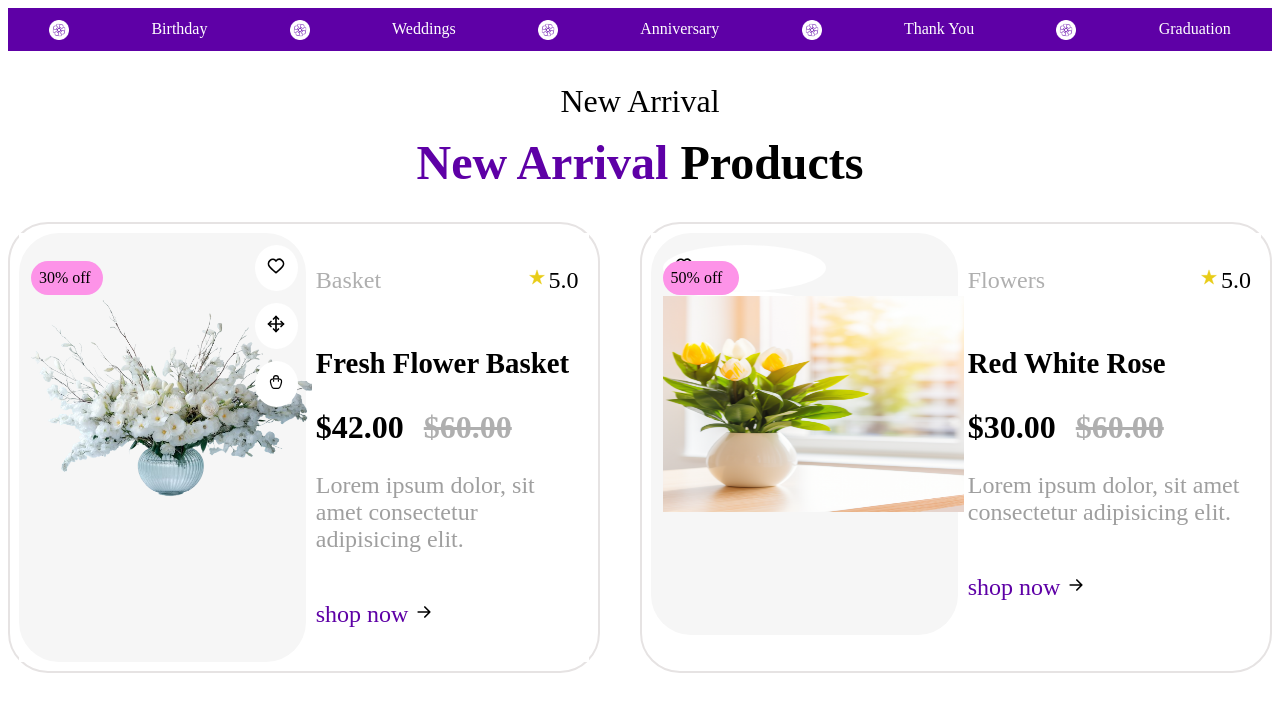
Repository: KolawoleTemilade/classroom-learning
Page: newarrival/index.html
The author's editor kept a copy of each file at every save. The page is drawn from the files as they stood at one save, then again after the next save.
The browser window is 1280 px wide. The pictures show the whole page.

Above is the page before, as saved 2025-10-02 00:52:55.

After the next save:
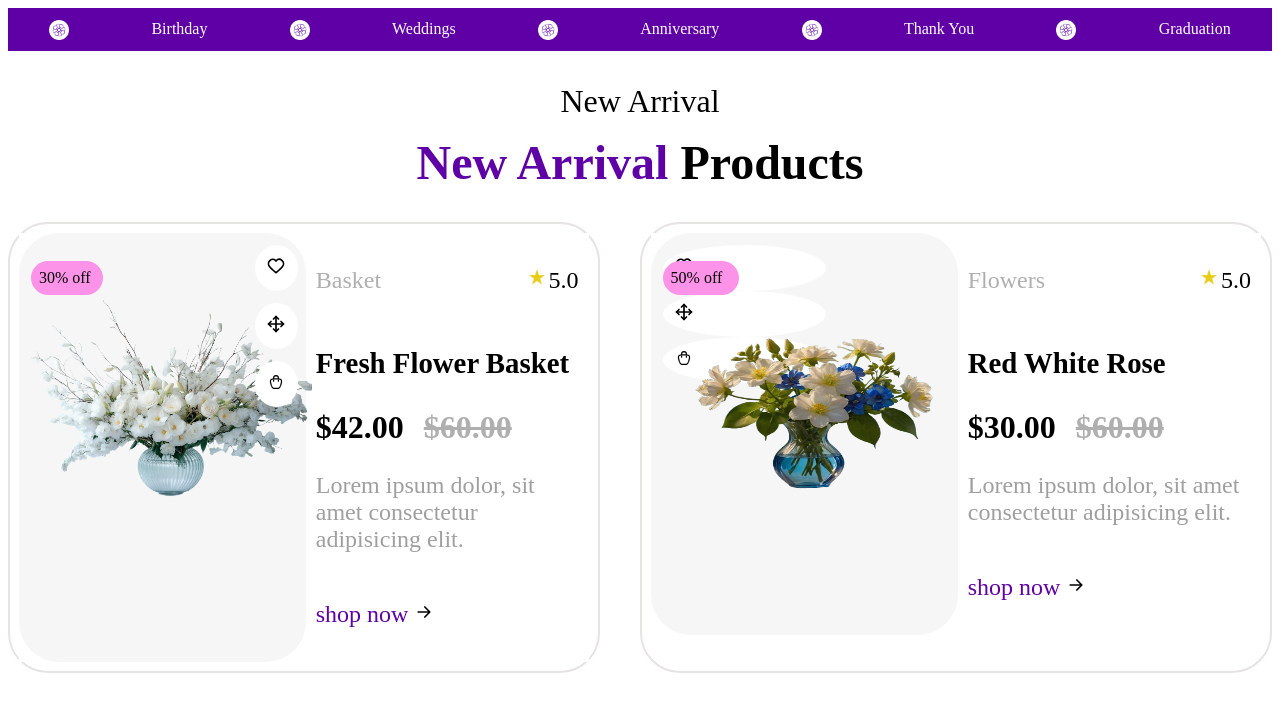
Saved 11 min 3 s later.
--- a/newarrival/index.html
+++ b/newarrival/index.html
@@ -135,8 +135,8 @@
             <div class="product-card">
               <div class="img-sect">
                 <img
-                  src="./images/new-arrival/flower2.png"
-                  alt="flower1"
+                  src="./images/new-arrival/flower6.png"
+                  alt="flower6"
                   width="200"
                   height="2 ,8>00"
                 />
